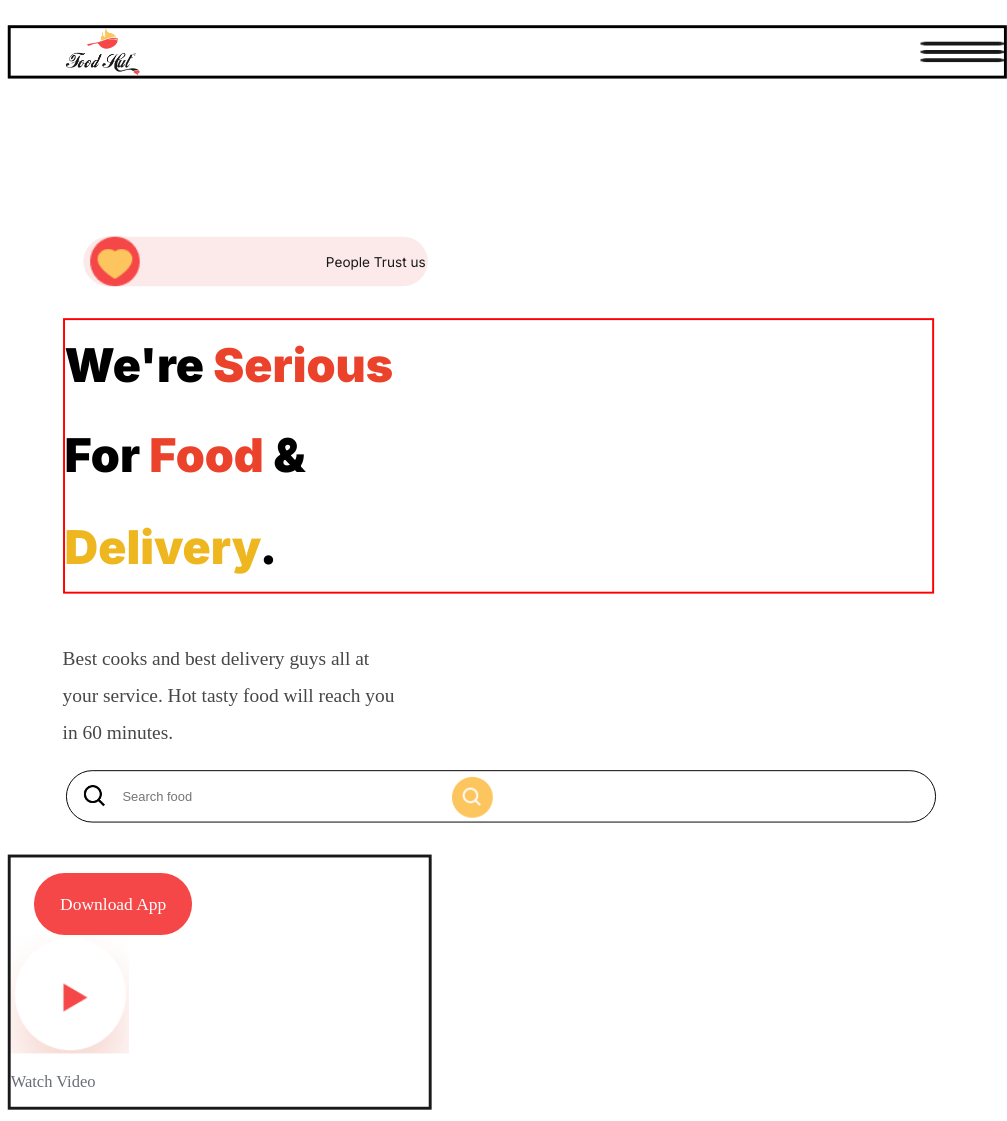
Repository: ReyhanehRahmani/Food-Hut
Page: FoodHut.html
These files come from the project's save history. The page is drawn as it stood at one moment and after the next save; the edit follows.
The browser window is 1024 px wide. The page is 1038 px wide, so the pictures cover 1038 px, including what lies to the right of the window. The pictures show the whole page, at 97% of full size.
Some web fonts or font styles are not loaded; a fallback is used.

Above is the page before, as saved 2025-05-28 23:44:27.

After the next save:
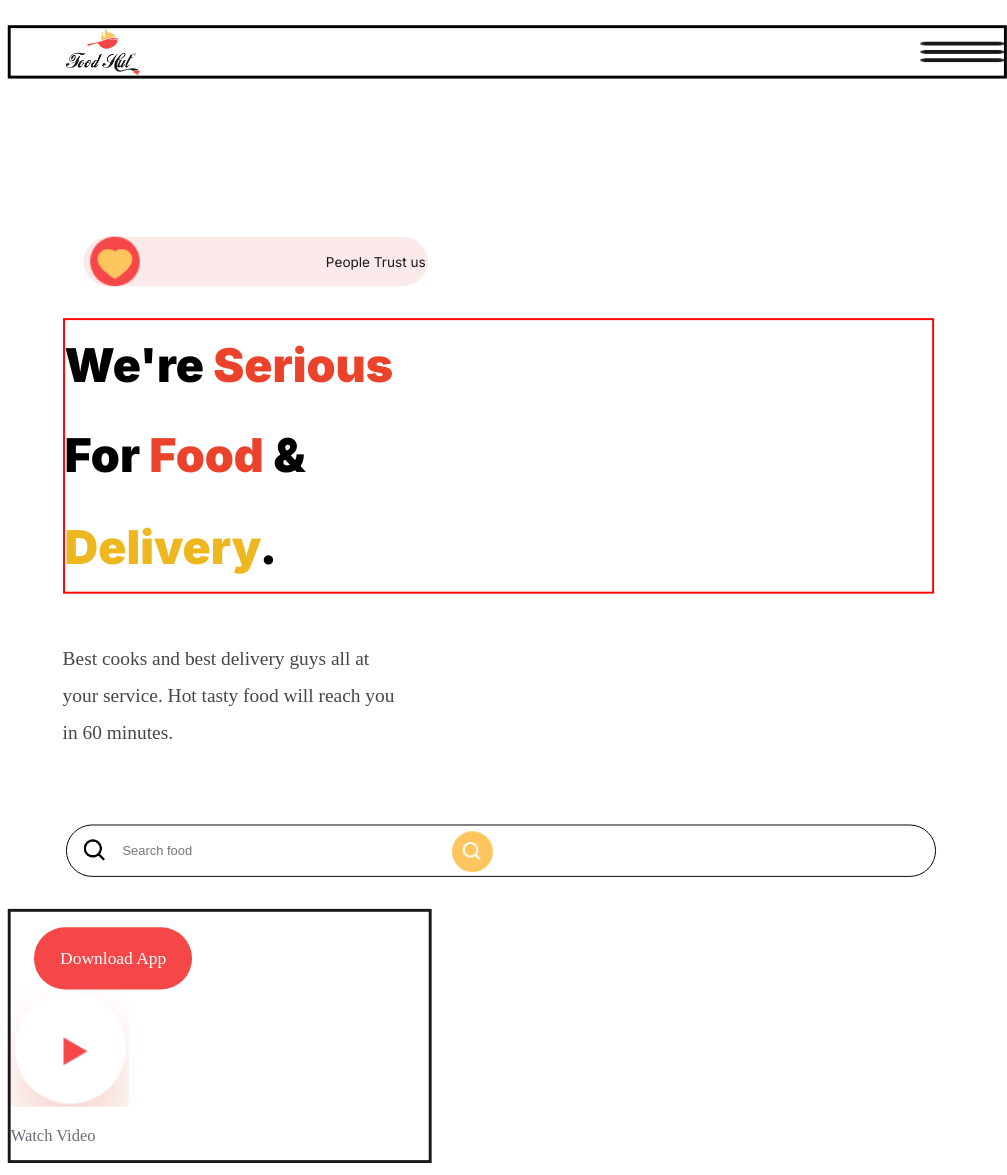
Saved 38 s later.
--- a/FoodHut.css
+++ b/FoodHut.css
@@ -138,6 +138,7 @@ body {
     margin-top: 4.35483871;
     width: 88.785046729%;
     margin-left: 5.979253112%;
+    margin-top: 7.476635514%;
 
 }
 
